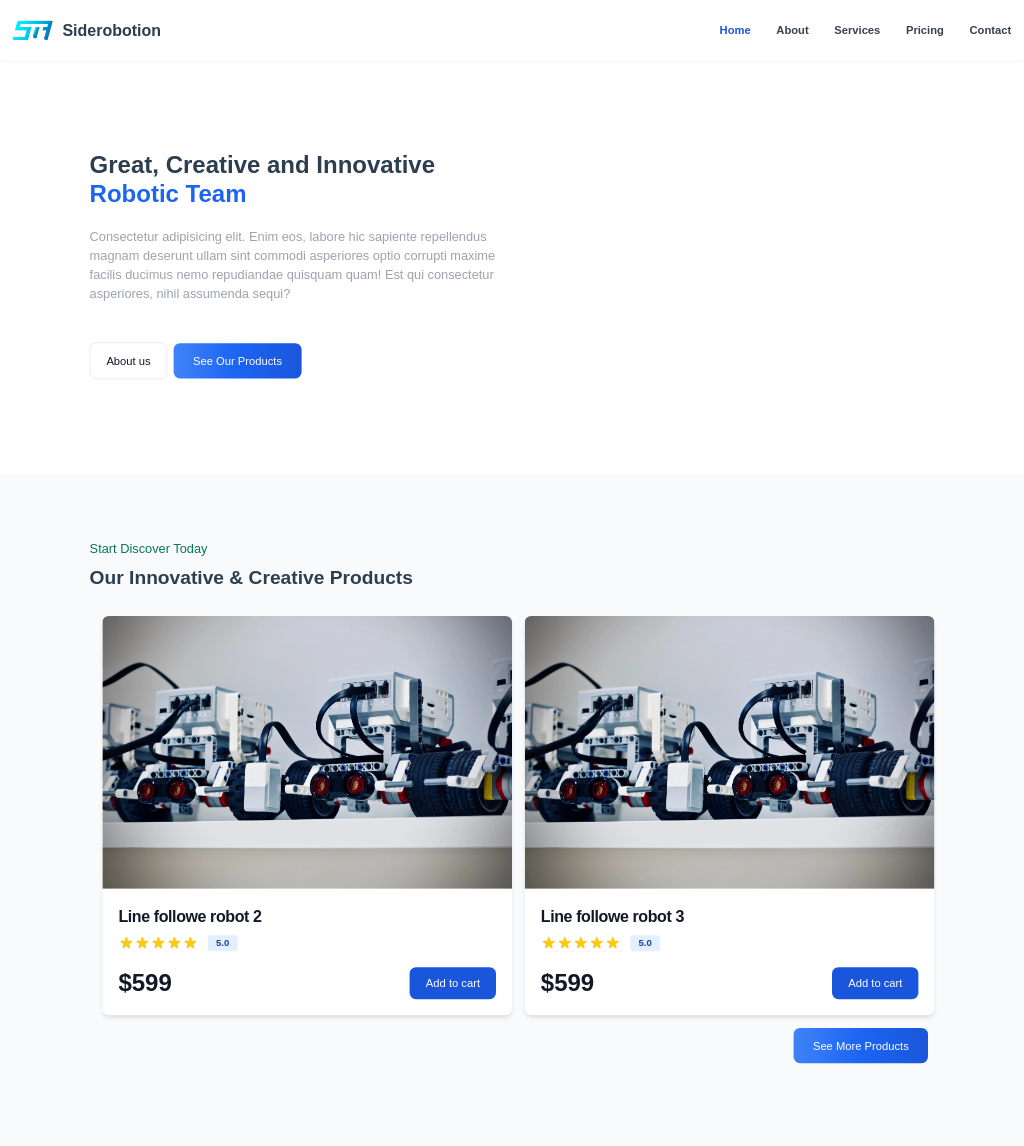
Repository: khulqu15/siderobotion
Page: /
The author's editor kept a copy of each file at every save. The page is drawn from the files as they stood at one save, then again after the next save.
The browser window is 1280 px wide. The pictures show the whole page, at 80% of full size.
The project was rebuilt for these pictures with package versions that can differ from the ones it lists, and the page was loaded fresh each time. Also part of the build but not shown: vue.config.js.

Above is the page before, as saved 2022-06-12 02:48:27.

After the next save:
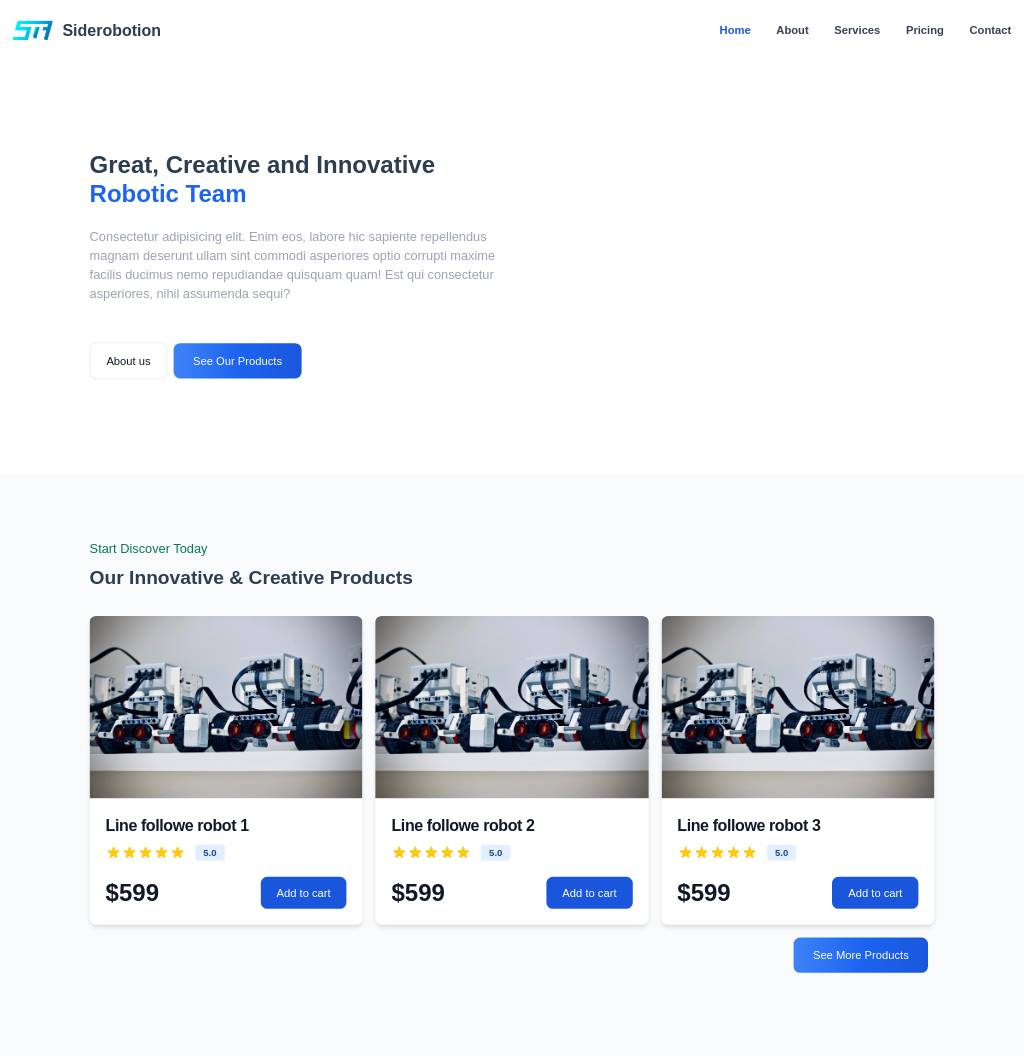
Saved 38 s later.
--- a/src/views/HomeView.vue
+++ b/src/views/HomeView.vue
@@ -15,7 +15,7 @@
         <p class="mb-2 text-green-600">Start Discover Today</p>
         <h1 class="text-2xl mb-4 font-semibold">Our Innovative & Creative Products</h1>
       </div>
-      <div class="py-4 text-start grid grid-cols-1 md:grid-cols-1 gap-4">
+      <div class="py-4 text-start grid grid-cols-3 gap-4">
         <div v-for="(item, index) in 3" :key="index">
           <div class="w-full bg-white rounded-lg shadow-md dark:bg-gray-800 dark:border-gray-700">
             <a href="#">

After the save that followed:
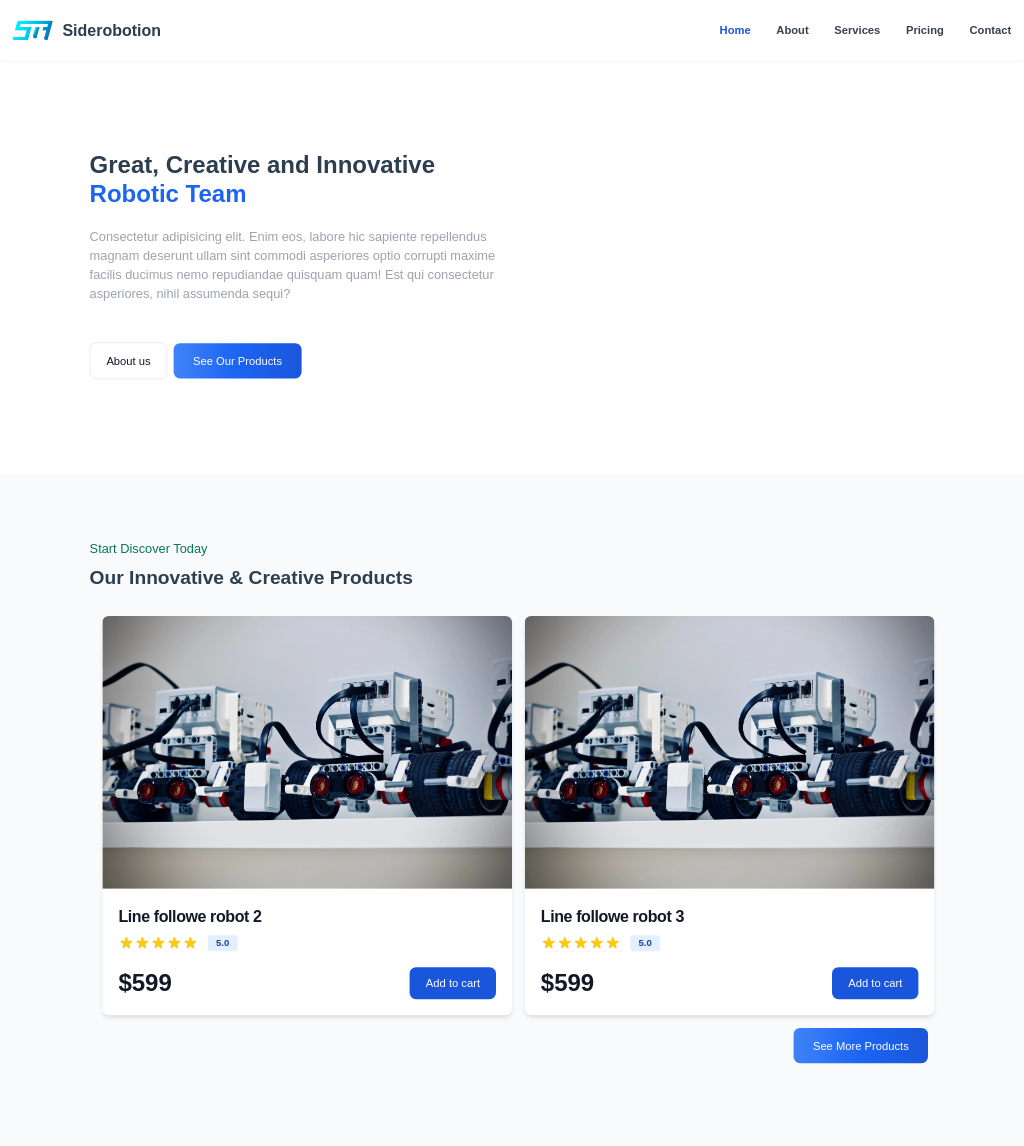
Saved 4 s later.
--- a/src/views/HomeView.vue
+++ b/src/views/HomeView.vue
@@ -15,7 +15,7 @@
         <p class="mb-2 text-green-600">Start Discover Today</p>
         <h1 class="text-2xl mb-4 font-semibold">Our Innovative & Creative Products</h1>
       </div>
-      <div class="py-4 text-start grid grid-cols-3 gap-4">
+      <div class="py-4 text-start grid grid-cols-1 gap-4">
         <div v-for="(item, index) in 3" :key="index">
           <div class="w-full bg-white rounded-lg shadow-md dark:bg-gray-800 dark:border-gray-700">
             <a href="#">
